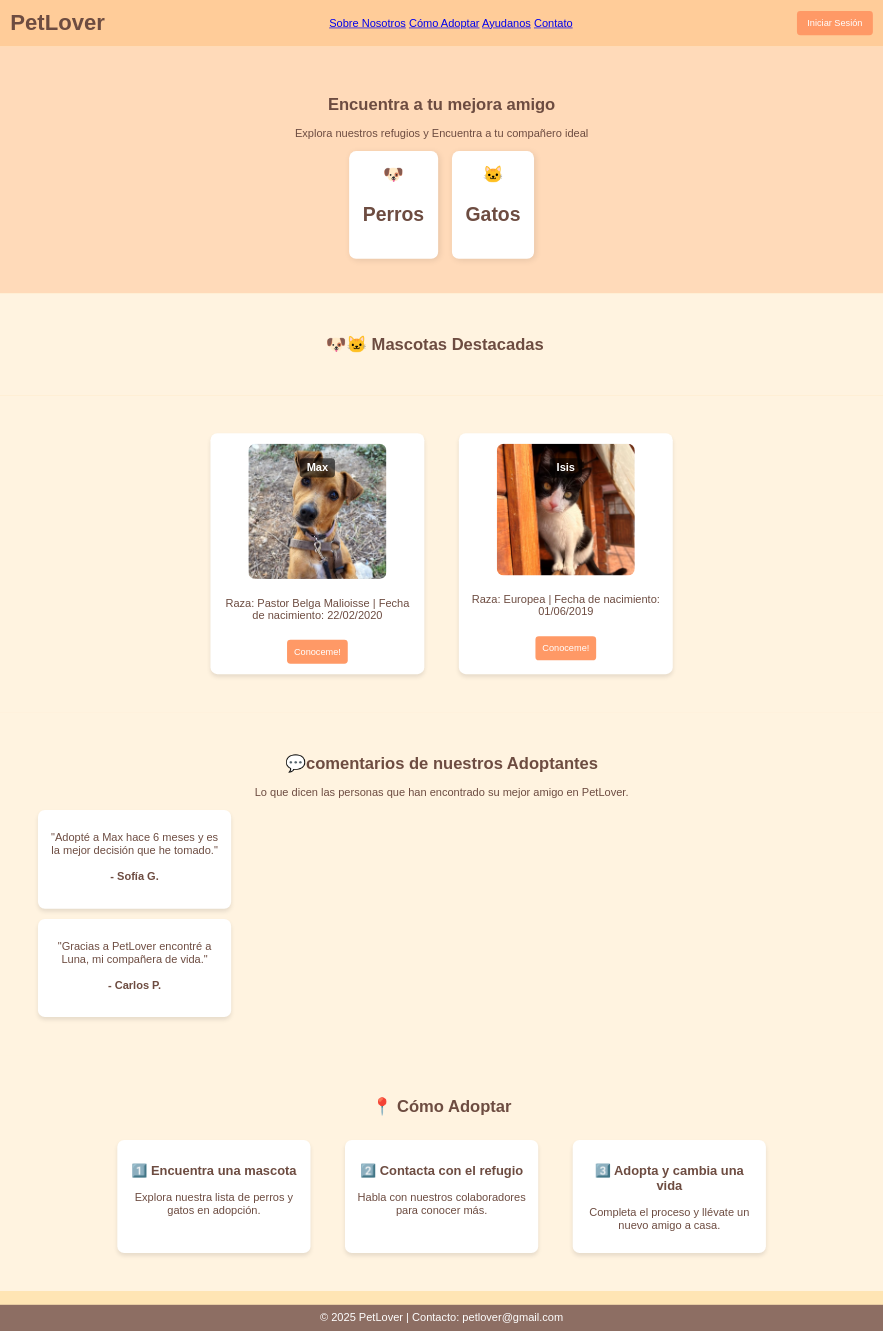
Repository: adriarodrisan/PetLover
Page: Paginas_web/Home_Petlover.html
These files come from the project's save history. The page is drawn as it stood at one moment and after the next save; the edit follows.
The browser window is 1280 px wide. The pictures show the whole page, at 69% of full size.

Above is the page before, as saved 2025-04-03 14:47:02.

### Paginas_web/Home_Petlover.html
<!DOCTYPE html>
<html lang="es">
<head>
    <meta charset="UTF-8">
    <meta name="viewport" content="width=device-width, initial-scale=1.0">
    <title>PetLover home - Adopción de Mascotas </title>
    <link rel="stylesheet" href="/Css_Paginas/Home_Petlover.css">
</head>
<body>
    <header>
        <div class="logo-contenedor">
            <h1> PetLover</h1>
        </div>
<!-- 🎥 Nuestros apartados de informacion, enlaces y boton de inicio de sesión -->
        <nav>
            <a href="SobreNosotros.html">Sobre Nosotros</a>
            <a href="#Adopcion">Cómo Adoptar</a>
            <a href="#Ayudas">Ayudanos</a>
            <a href="contacto.html">Contato</a>
        </nav>
        <a href="Inicio_Sesion.html">
            <button class="boton-autenticacion">Iniciar Sesión</button>
        </a>
    </header>
 <!-- 🎥 Separacion entre gato y perro  -->
    <section class= "seccion-principal">
        <h2>Encuentra a tu mejora amigo</h2>
        <p>Explora nuestros refugios y Encuentra a tu compañero ideal</p>
        <div class="contenedor-categorias">
            <a href="perros.html" class="tarjeta-categoria">🐶 <h3>Perros</h3></a>
            <a href="gatos.html" class="tarjeta-categoria">🐱 <h3>Gatos</h3></a>
        </div>
    </section>
<!-- 🐾 Sección de Perros y Gatos Destacados con grandes necesidades! -->
<!-- 🐾 Sección de Perros -->
    <section class="seccion-destacados">
        <h2 class="titulo-destacados">🐶🐱 Mascotas Destacadas</h2>
        <div class="contenedor-destacados">
        </section>
        <section class="seccion-destacados">
            <div class="tarjeta-mascota">
                <h4>Max</h4>
                <img src="/nerea.png" alt="Perro en adopción">
                <p>Raza: Pastor Belga Malioisse | Fecha de nacimiento: 22/02/2020</p>
                <button> Conoceme! </button>
            </div>
<!-- 🐾 Sección de Gatos -->
            <div class="tarjeta-mascota">
                <h4>Isis</h4>
                <img src="/isis.png" alt="Gato en adopción">
                <p> Raza: Europea | Fecha de nacimiento: 01/06/2019</p>
                <button>Conoceme! </button>
            </div>
        </div>
    </section>
<!-- 🐾 Sección de comentarios de Adoptantes (en preparación) -->
    <section class=" seccion-testimonios">
        <h2>💬comentarios de nuestros Adoptantes </h2>
        <p>Lo que dicen las personas que han encontrado su mejor amigo en PetLover.</p>
        <div class="tarjeta-testimonio">
            <p>"Adopté a Max hace 6 meses y es la mejor decisión que he tomado."</p>
            <h4>- Sofía G.</h4>
        </div>
        <div class="tarjeta-testimonio">
            <p>"Gracias a PetLover encontré a Luna, mi compañera de vida."</p>
            <h4>- Carlos P.</h4>
        </div>
    </section>
        <!-- 📍 Cómo Adoptar -->
    <section class="seccion-adopcion">
        <h2>📍 Cómo Adoptar</h2>
        <div class="contenedor-pasos">
            <div class="paso">
                    <h3>1️⃣ Encuentra una mascota</h3>
                    <p>Explora nuestra lista de perros y gatos en adopción.</p>
                </div>
                <div class="paso">
                    <h3>2️⃣ Contacta con el refugio</h3>
                    <p>Habla con nuestros colaboradores para conocer más.</p>
                </div>
                <div class="paso">
                    <h3>3️⃣ Adopta y cambia una vida</h3>
                    <p>Completa el proceso y llévate un nuevo amigo a casa.</p>
                </div>
            </div>
    </section>
        <footer class="pie-pagina">
            © 2025 PetLover | Contacto: petlover@gmail.com
        </footer>
</body>
</html>

### Css_Paginas/Home_Petlover.css
body{
    font-family: 'Arial', sans-serif;
    background-color: #ffe5b4;
    color: #6d4c41;
    margin: 0;
    text-align: center;
}
#logo{
    width: 120px;
    height: 120px;
    object-fit: contain;
}
header{
    background-color: #FFCC99;
    padding: 15px;
    display: flex;
    justify-content: space-between;
    align-items: center;
}
.menu-centro {
    flex: 1;
    display: flex;
    justify-content: center;
}
.menu-centro ul {
    list-style: none;
    display: flex;
    gap: 20px;
    margin: 0;
    padding: 0;
}
.menu-centro ul li a {
    text-decoration: none;
    color: #6d4c41;
    font-weight: bold;
}
.btn-session{
    display: flex;
    justify-content: flex-end;
    margin-left: auto;
}
.logo-contenedor h1{
    margin: 0;
}
.boton-autenticacion{
    background-color: #FF9966;
    border:none ;
    color: white;
    padding: 10px 15px;
    border-radius: 5px;
    cursor: pointer;
}
.boton-autenticacion:hover{
    background-color: #FF7043;
}
.seccion-principal{
    background-color: #ffdab9;
    padding: 50px 20px;
}

.contenedor-categorias{
    display: flex;
    justify-content: center;
    gap: 20px;

}
.tarjeta-categoria{
    text-decoration: none;
    background: white;
    padding: 20px;
    border-radius: 10px;
    color: #6d4c41;
    font-size: 1.5rem;
    box-shadow: 2px 2px 10px rgba(0, 0, 0, 0.1);
    transition: transform 0.2s ease-in-out;
}
.tarjeta-categoria:hover{
    transform: scale(1.1);
}
.seccion-destacados, .seccion-testimonios, .seccion-adopcion {
    padding: 40px;
    background-color: #FFF3E0;
}
.seccion-destacados, .contenedor-pasos{
    display: flex;
    justify-content: center;
    gap: 20px;
    flex-wrap: wrap;

}
.tarjeta-mascota, .tarjeta-testimonio, .paso{
    background-color: white;
    border-radius: 10px;
    padding: 15px;
    margin :15px;
    box-shadow: 0px 4px 6px rgba(0, 0, 0, 0.1);
    text-align: center;
    width: 250px;
}
.tarjeta-mascota img {
    width: 100%;
    max-width: 200px;
    object-fit: cover;
    border-radius: 10px;
}
.tarjeta-mascota button{
    background-color: #FF9966;
    border: none;
    color: white;
    padding:10px;
    border-radius: 5px;
    cursor:pointer;
}
.tarjeta-mascota button:hover {
    background-color: #FF7043;
}
.pie-pagina {
    background-color: #8D6E63;
    color: white;
    padding: 10px;
    margin-top: 20px;
}
.contenedor-destacados {
    display: flex;
    justify-content: center;
    gap: 20px;
    flex-wrap: wrap;
}
.tarjeta-mascota {
    background-color: white;
    border-radius: 10px;
    padding: 15px;
    box-shadow: 0px 4px 6px rgba(0, 0, 0, 0.1);
    text-align: center;
    width: 280px;
    display: flex;
    flex-direction: column;
    align-items: center;
    gap: 10px;
}
.tarjeta-mascota {
    position: relative;
    overflow: hidden;
}
.tarjeta-mascota h4 {
    position: absolute;
    top: 5 vxpx;
    left: 50%;
    transform: translateX(-50%);
    background: rgba(0, 0, 0, 0.6);
    color: white;
    padding: 5px 10px;
    border-radius: 5px;
    font-size: 1rem;
}
.titulo-destacados {
    text-align: center;
    font-size: 24px;
    font-weight: bold;
    margin-bottom: 20px;
}

After the next save:
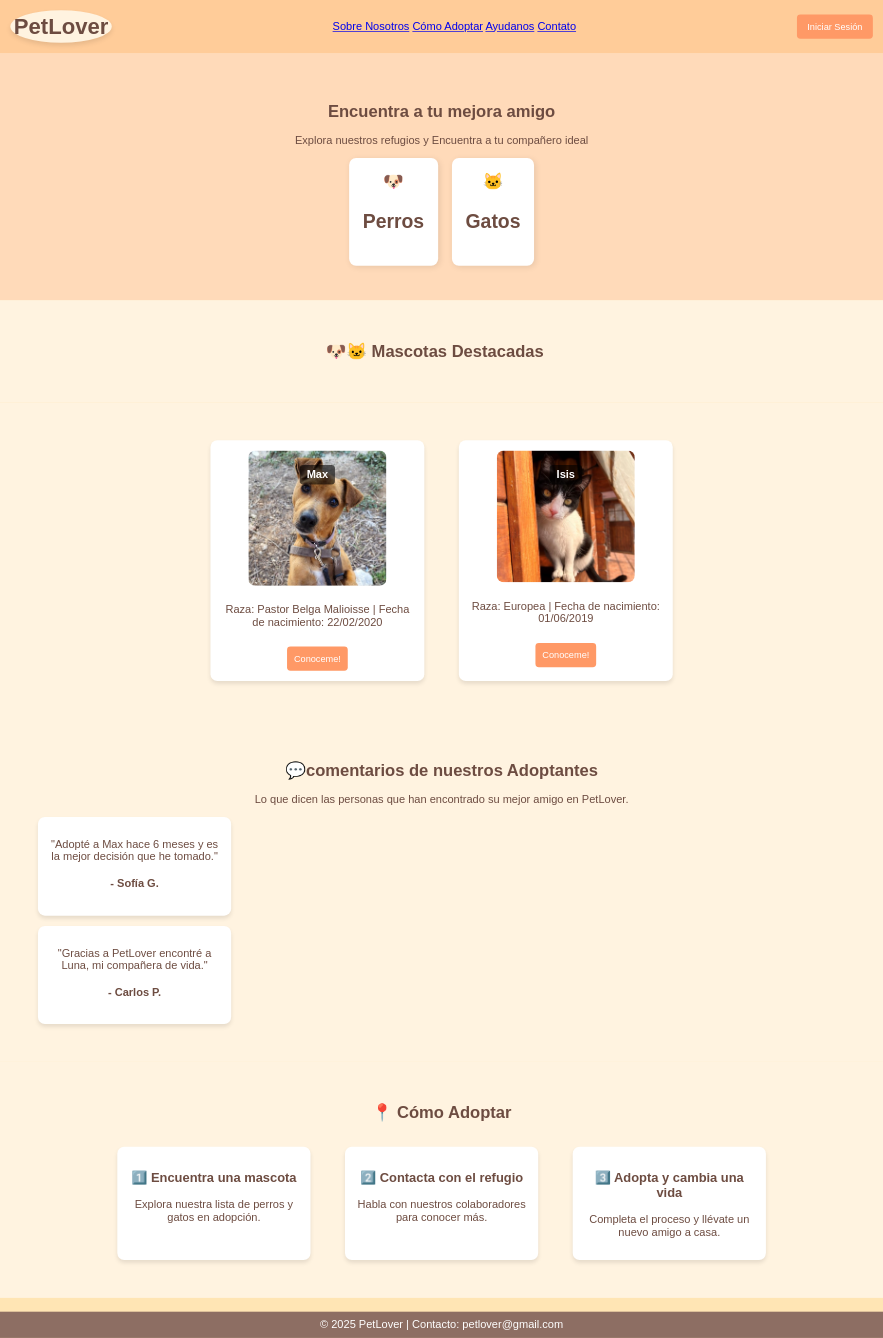
Saved 2 min 11 s later.
--- a/Css_Paginas/Home_Petlover.css
+++ b/Css_Paginas/Home_Petlover.css
@@ -159,3 +159,12 @@
     font-weight: bold;
     margin-bottom: 20px;
 }
+.logo-contenedor {
+    display: flex;
+    justify-content: center;
+    align-items: center;
+    padding: 5px;
+    background-color: #FFF3E0;
+    border-radius: 50%;
+    box-shadow: 0 4px 8px rgba(0, 0, 0, 0.1);
+  }
